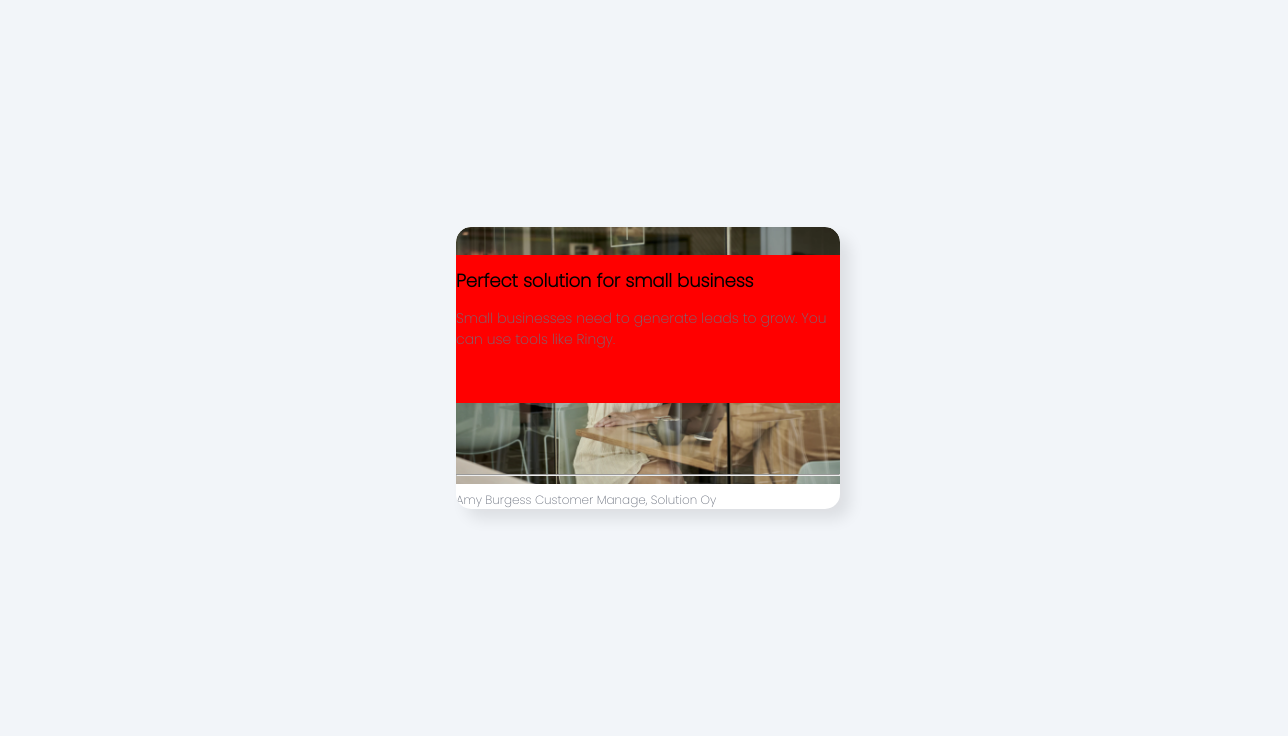
Repository: massndongo/business-blog-card
Page: index.html
An editor plug-in stored every save of this project. The page is shown before and after the next save, followed by the edit.
The browser window is 1280 px wide. The page is 1288 px wide, so the pictures cover 1288 px, including what lies to the right of the window. The pictures show the whole page.

Above is the page before, as saved 2023-11-08 04:55:22.

### index.html
<!DOCTYPE html>
<html lang="en">
<head>
    <meta charset="UTF-8">
    <meta name="viewport" content="width=device-width, initial-scale=1.0">
    <link rel="stylesheet" href="css/styles.css">
    <title>Responsive Web Developer Starter - devchallenges.io</title>
    <link rel="icon" href="images/favicon.ico" type="image/x-icon" sizes="any">
</head>
<body>
    <div class="card">
        <img src="images/hero-image-business-card.png" alt="" srcset="">
        <div class="card-body">
            <h1 class="title">Perfect solution for small business</h1>
            <p class="corps">Small businesses need to generate leads to grow. You can use tools like Ringy.</p>
        </div>
        <hr>
        <div class="card-footer">
            <!-- <img src="images/avatar-image-business-card.png" alt="" srcset=""> -->
            <div>
                <span>Amy Burgess</span>
                <span>Customer Manage, Solution Oy</span>
            </div>
        </div>
    </div>
</body>
</html>

### css/styles.css
@import url('https://fonts.googleapis.com/css2?family=Poppins:wght@200&display=swa');

* {
    box-sizing: border-box;
    font-family: 'Poppins', sans-serif;
    overflow: hidden;
}

/* Add some styles for body*/
body {
    width: 100%;
    height: 100vh;
    background-color: #F2F5F9;
    display: flex;
    justify-content: center;
    align-items: center;

}

.card{
    position: relative;
    flex-direction: column;
    background-color: #FFFFFF;
    box-shadow: 10px 10px 15px 0px rgba(0, 0, 0, 0.09);
    width: 30%;
    height: auto;
    border-radius: 15px;
}
.card img{
    width: 100%;
    /* border-radius: 10px; */
    border-radius: 15px 15px 0 0;
}
.card-body{
    background-color: red;
    padding-bottom: 10%;
    position: absolute;
    top: 10%;
    left: 0;
    right: 0;

}
.title{
    font-size: 18px;
    z-index: 1;

}
.corps{
    font-size: 14px;

}
.card-footer{
    position: relative;
    font-size: 12px;
}
.corps, .card-footer, hr{
    color: #6C727F
}
hr{
    width: 100%;
    height: 1px;
    position: absolute;
    bottom: 9%;
    left: 0;
    right: 0;
    background-color: #6c727f85;
}

@media screen and (max-width: 768px) {
    .card {
        width: 90%;
    }
}

After the next save:
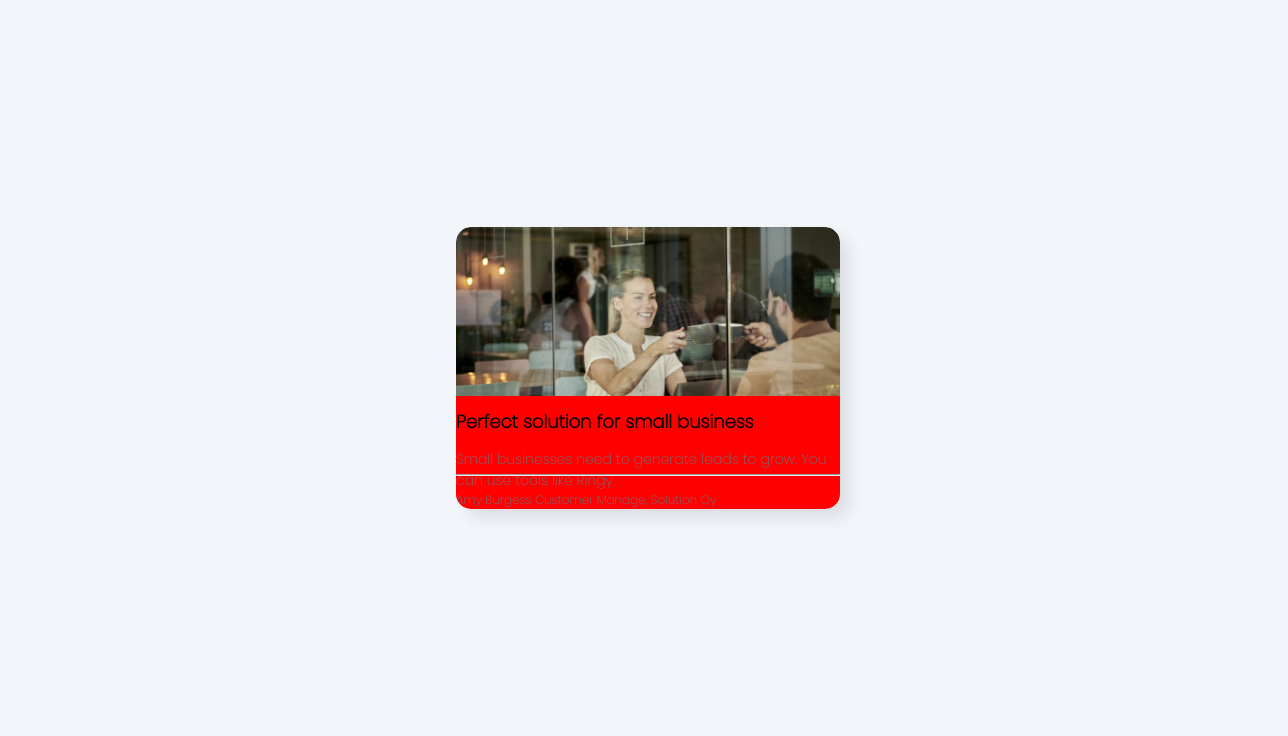
Saved 9 s later.
--- a/css/styles.css
+++ b/css/styles.css
@@ -35,7 +35,7 @@ body {
     background-color: red;
     padding-bottom: 10%;
     position: absolute;
-    top: 10%;
+    top: 60%;
     left: 0;
     right: 0;
 
